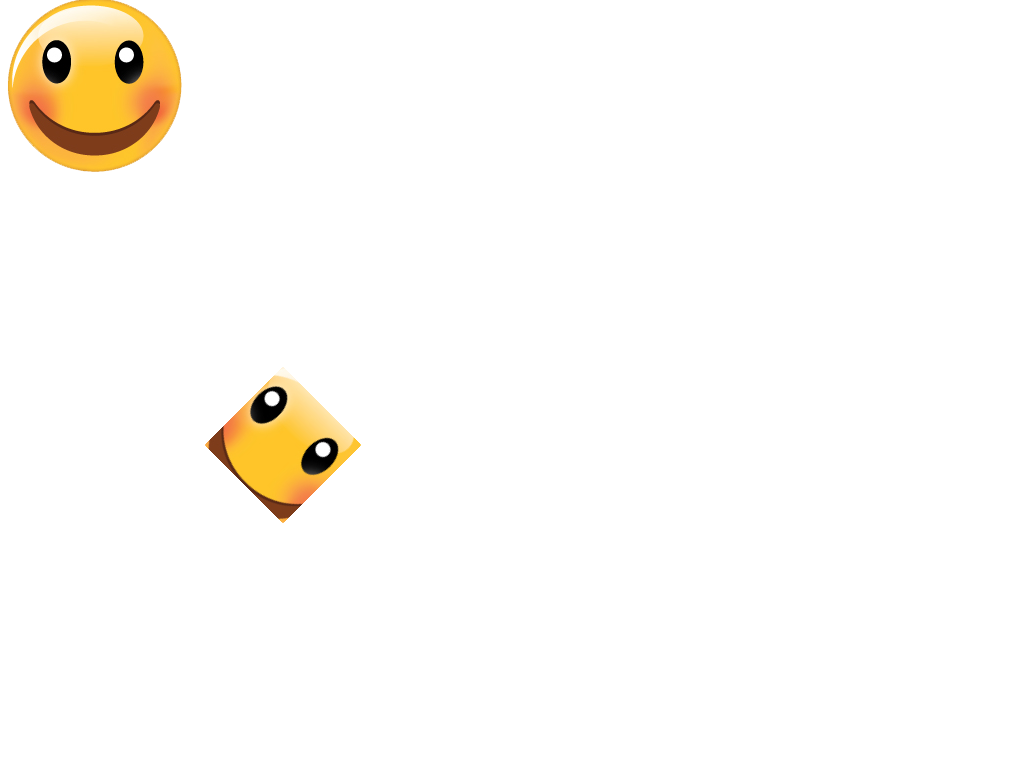
Repository: hoony-lab/java-projects
Program's window: java 20200401_JavaFX/20200408/src/application/ImageView02.java
An editor plug-in stored every save of this project. The program's window is shown before and after the next save, followed by the edit.
It runs on Java 21 on a 1366 x 768 screen with JavaFX 11; the title bar is not drawn. Parts beyond the screen are cut off. It also reads 20200401_JavaFX/20200408/src/img/SmileReRe.png.

Above is the program's window before, as saved 2020-04-08 01:08:01.

After the next save:
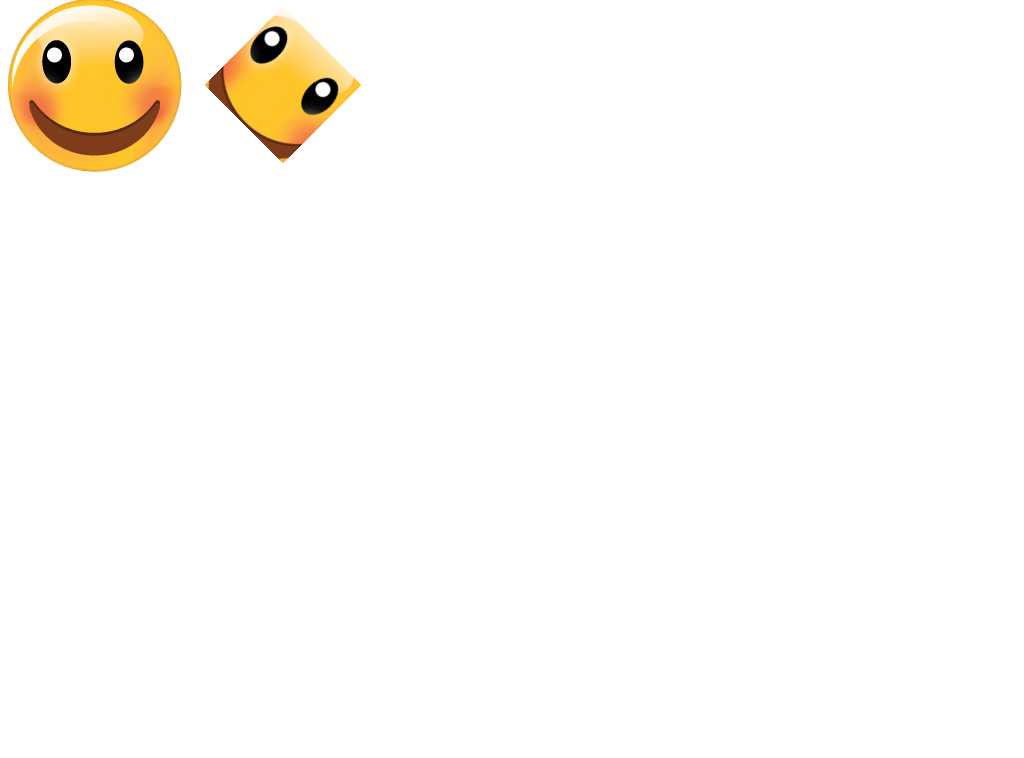
Saved 7 s later.
--- a/20200401_JavaFX/20200408/src/application/ImageView02.java
+++ b/20200401_JavaFX/20200408/src/application/ImageView02.java
@@ -27,7 +27,7 @@
 		Rectangle2D viewportRect = new Rectangle2D(40, 35, 110, 110);
 		iv2.setViewport(viewportRect);
 		iv2.setLayoutX(40);
-		iv2.setLayoutY(400);
+		iv2.setLayoutY(40);
 		ap.getChildren().add(iv2);
 
 
